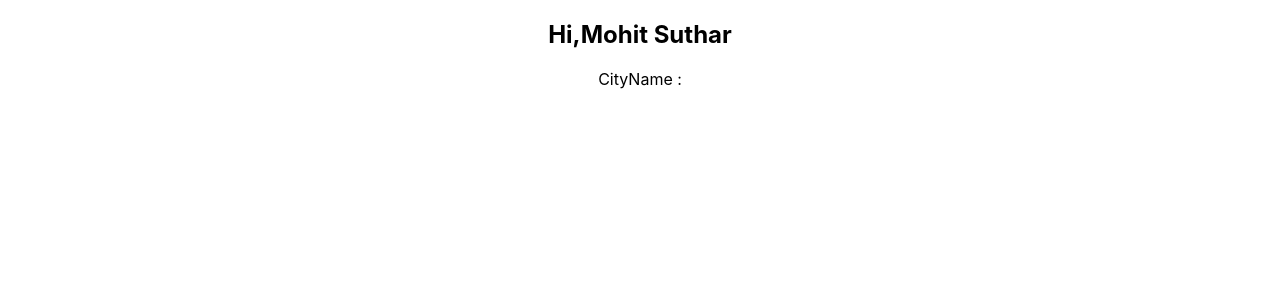
Repository: mohit78911/Wheather_app
Page: /
The author's editor kept a copy of each file at every save. The page is drawn from the files as they stood at one save, then again after a run of saves.
The browser window is 1280 px wide. The pictures show the whole page.
The page's requests for data from a server got no answer. The project was rebuilt for these pictures with package versions that can differ from the ones it lists, and the page was loaded fresh each time. No one was signed in, and anything a server would have sent is missing. Also part of the build but not shown: src/App.css.

Above is the page before, as saved 2023-04-13 22:24:42.

### public/index.html
<!DOCTYPE html>
<html lang="en">
  <head>
    <meta charset="utf-8" />
    <link rel="icon" href="%PUBLIC_URL%/favicon.ico" />
    <meta name="viewport" content="width=device-width, initial-scale=1" />
    <meta name="theme-color" content="#000000" />
    <meta
      name="description"
      content="Web site created using create-react-app"
    />
    <link rel="apple-touch-icon" href="%PUBLIC_URL%/logo192.png" />
    <!--
      manifest.json provides metadata used when your web app is installed on a
      user's mobile device or desktop. See https://developers.google.com/web/fundamentals/web-app-manifest/
    -->
    <link rel="manifest" href="%PUBLIC_URL%/manifest.json" />
    <!--
      Notice the use of %PUBLIC_URL% in the tags above.
      It will be replaced with the URL of the `public` folder during the build.
      Only files inside the `public` folder can be referenced from the HTML.

      Unlike "/favicon.ico" or "favicon.ico", "%PUBLIC_URL%/favicon.ico" will
      work correctly both with client-side routing and a non-root public URL.
      Learn how to configure a non-root public URL by running `npm run build`.
    -->
    <title>React App</title>
  </head>
  <body style="text-align: center;">
    <noscript>You need to enable JavaScript to run this app.</noscript>
    <div id="root"></div>
    <!--
      This HTML file is a template.
      If you open it directly in the browser, you will see an empty page.

      You can add webfonts, meta tags, or analytics to this file.
      The build step will place the bundled scripts into the <body> tag.

      To begin the development, run `npm start` or `yarn start`.
      To create a production bundle, use `npm run build` or `yarn build`.
    -->
  </body>
</html>

### src/App.js
// import logo from "./logo.svg";
import "./App.css";
import axios from "axios";
import { useEffect, useState } from "react";

function App() {
  const [data, setData] = useState({});
  // const [newTemp, setNewTemp] = useState({});
  const URL =
    "https://api.openweathermap.org/data/2.5/weather?q=sirohi&appid=e307084c4507dcec68f39adf684659b9&units=metric";
  const getData = () => {
    axios
      .get(URL)
      .then((resp) => setData(resp.data))
      .catch((error) => console.log(error));
  };
  // const newData = () => {
  //   axios
  //     .get(URL)
  //     .then((response) => setNewTemp(response.data.main))
  //     .catch((error) => console.log(error));
  // };
  useEffect(() => {
    getData();
  });
  return (
    <>
      <h2>Hi,Mohit Suthar</h2>
      <div>CityName : {data.name}</div>
      {/* <div>Temp Of City : {data.main.temp}</div> */}
      {/* <div>{data.main.temp_min}</div> */}
    </>
  );
}

export default App;

Loaded but not shown: src/index.js (common file); src/index.css (common file); src/reportWebVitals.js (common file)

After the next 2 saves:
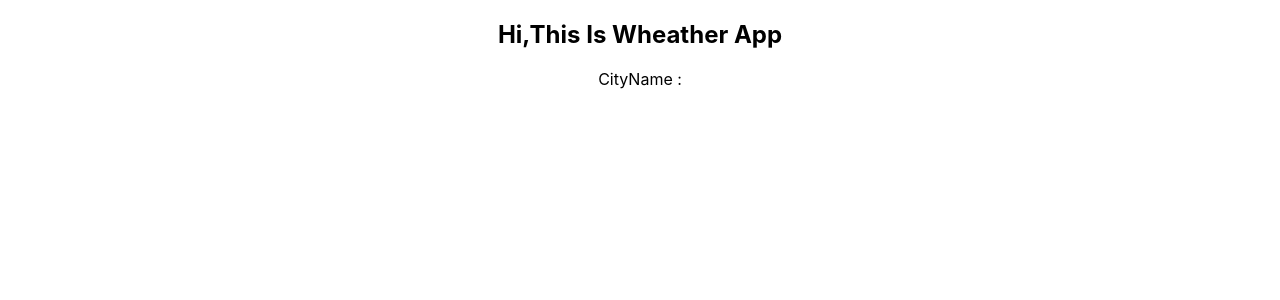
The 2 saves are shown as one change because they came seconds apart.
The last was saved 16 s later.
--- a/src/App.js
+++ b/src/App.js
@@ -25,7 +25,7 @@ function App() {
   });
   return (
     <>
-      <h2>Hi,Mohit Suthar</h2>
+      <h2>Hi,This Is Wheather App</h2>
       <div>CityName : {data.name}</div>
       {/* <div>Temp Of City : {data.main.temp}</div> */}
       {/* <div>{data.main.temp_min}</div> */}
